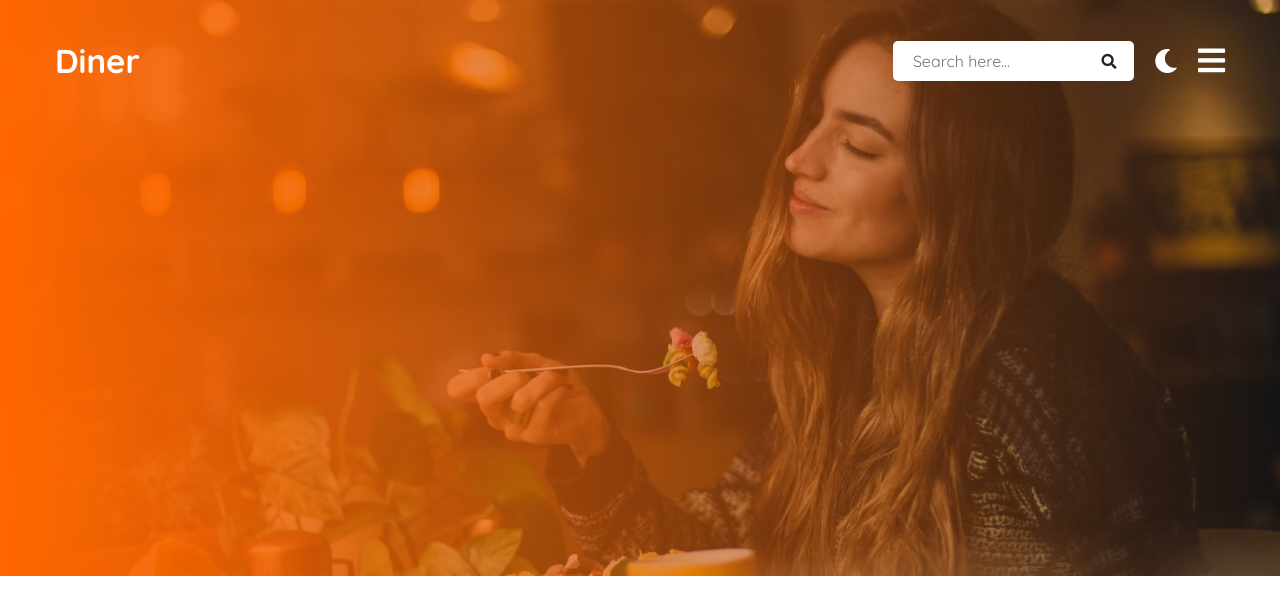
Repository: baobaodeveloper/bootscap21_project_AnhBao_VietToan_VietDuc
Page: index.html
These files come from the project's save history. The page is drawn as it stood at one moment and after the next save; the edit follows.
The browser window is 1280 px wide. The pictures show the whole page.

Above is the page before, as saved 2022-03-02 23:05:08.

### index.html
<!DOCTYPE html>
<html lang="en">
  <head>
    <meta charset="UTF-8" />
    <meta http-equiv="X-UA-Compatible" content="IE=edge" />
    <meta name="viewport" content="width=device-width, initial-scale=1.0" />

    <!-- fontawesome link cdn -->
    <link
      rel="stylesheet"
      href="https://cdnjs.cloudflare.com/ajax/libs/font-awesome/5.15.4/css/all.min.css"
      integrity="sha512-1ycn6IcaQQ40/MKBW2W4Rhis/DbILU74C1vSrLJxCq57o941Ym01SwNsOMqvEBFlcgUa6xLiPY/NS5R+E6ztJQ=="
      crossorigin="anonymous"
      referrerpolicy="no-referrer"
    />

    <!-- font -->
    <link rel="preconnect" href="https://fonts.googleapis.com" />
    <link rel="preconnect" href="https://fonts.gstatic.com" crossorigin />
    <link
      href="https://fonts.googleapis.com/css2?family=Pacifico&family=Poppins:wght@300;400;500&family=Quicksand:wght@300;400;500;600;700&display=swap"
      rel="stylesheet"
    />

    <link rel="stylesheet" href="style.css" />
    <title>Diner</title>
  </head>
  <body>
    <header class="header">
      <div class="header__wrapper container">
        <div class="header__top">
          <a class="header__logo" href="#">Diner</a>

          <div class="header__navbar">
            <form class="navbar__search">
              <input type="search" placeholder="Search here..." id="search" />
              <label for="search" class="fas fa-search"></label>
            </form>

            <div class="mode__container">
              <i class="fas fa-sun" id="dark"></i>
              <i class="fas fa-moon" id="light"></i>
            </div>

            <i class="fa fa-bars" id="menuButton"></i>
          </div>
        </div>
      </div>
    </header>
  </body>
</html>

### style.css
* {
  padding: 0;
  margin: 0;
  box-sizing: border-box;
}

:root {
  --primary-font: "Quicksand", sans-serif;
  --secondary-font: "Pacifico", cursive;
  --third-font: "Poppins", sans-serif;
  --primary-color: #ff6600;
  --title-color: #232121;
  --white-color: #fff;
  --text-color: #161c2db3;
  --price-color: #ffc600;
}

img {
  display: block;
  max-width: 100%;
}

button,
input {
  display: inline-block;
  border: none;

  font-family: var(--primary-font);
  font-size: 1.6rem;

  outline: none;
}

a {
  display: inline-block;
  text-decoration: none;
}

html {
  font-size: 62.5%;
}

.container {
  max-width: 1200px;
  margin: 0 auto;
  padding: 0 1.5rem;
}

body {
  color: var(--title-color);

  font-family: var(--primary-font);
  font-size: 1.8rem;
}

/* header section starts */
#dark {
  display: none;
}

.header {
  background-image: linear-gradient(to right, #ff6600, hsl(30deg 100% 1% / 20%)),
    url(./image/banner1.jpg);

  background-size: cover;
  background-repeat: no-repeat;

  min-height: 80vh;
}

.header__top {
  display: flex;
  justify-content: space-between;
  padding-top: 4rem;
}

.header__logo {
  color: var(--white-color);

  font-size: 3.3rem;
  font-weight: bold;
}

.navbar__search {
  position: relative;
}

.navbar__search input {
  padding: 1rem 5rem 1rem 2rem;

  border-radius: 0.5rem;

  color: var(--text-color);
}

.navbar__search label {
  position: absolute;
  top: 50%;
  right: 2.5rem;

  transform: translate(50%, -50%);

  font-size: 1.5rem;

  cursor: pointer;
}

.header__navbar {
  display: flex;
  justify-content: space-between;
  align-items: center;
  gap: 2rem;
}

.mode__container,
#menuButton {
  color: var(--white-color);
}

.mode__container {
  font-size: 2.4rem;
}

#menuButton {
  font-size: 3.1rem;
}

/* header section ends */

After the next save:
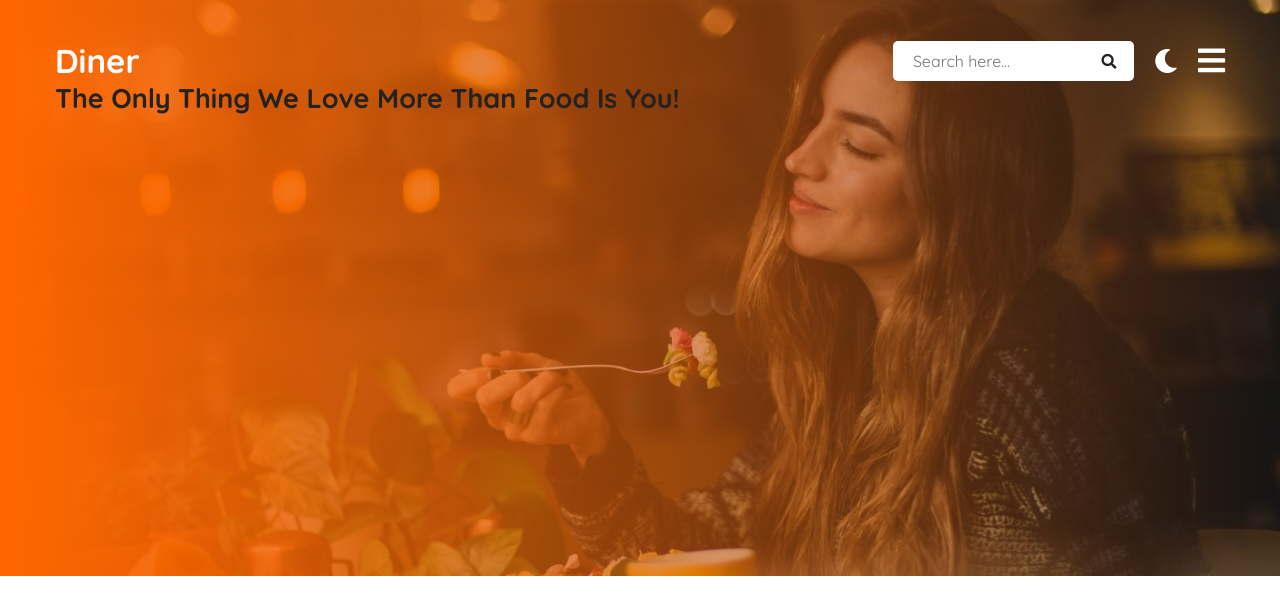
Saved 85 s later.
--- a/index.html
+++ b/index.html
@@ -45,6 +45,12 @@
             <i class="fa fa-bars" id="menuButton"></i>
           </div>
         </div>
+
+        <div class="header__content">
+          <h2 class="header-title">
+            The Only Thing We Love More Than Food Is You!
+          </h2>
+        </div>
       </div>
     </header>
   </body>
